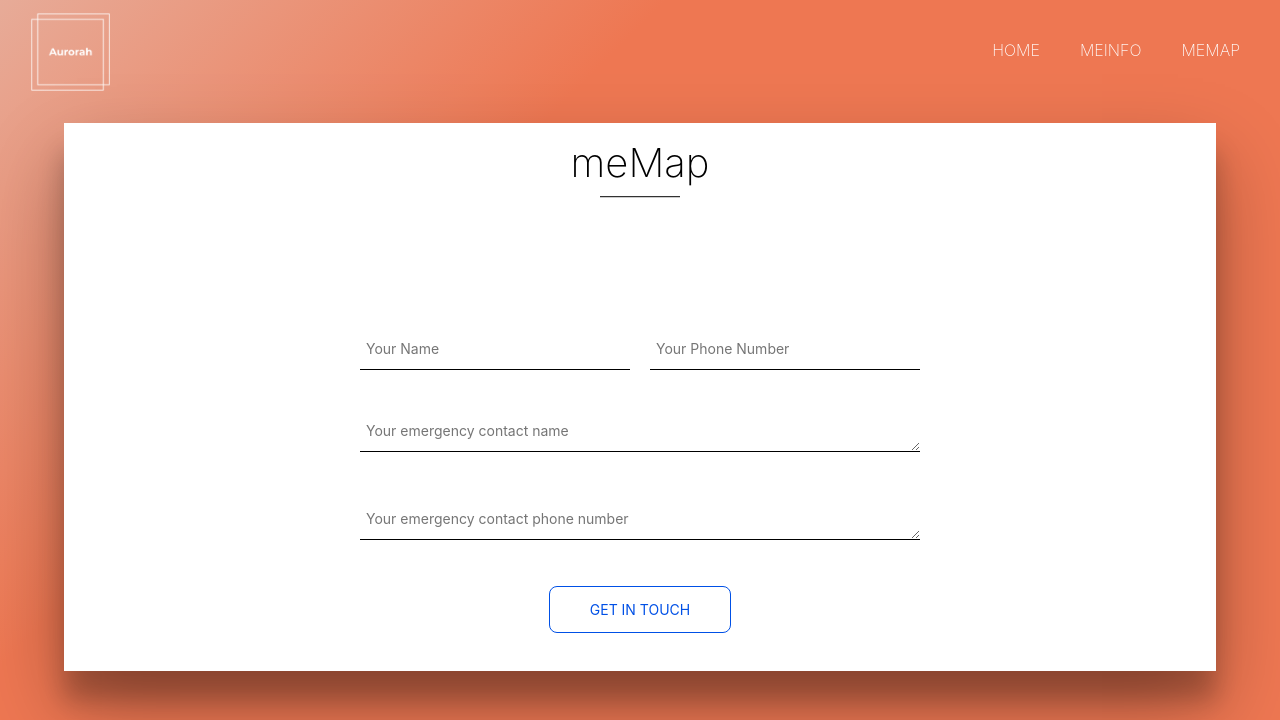
Repository: aasirvalji/saferMe
Page: /alt
These files come from the project's save history. The page is drawn as it stood at one moment and after the next save; the edit follows.
The browser window is 1280 px wide. The pictures show the whole page.
An inner scrolling area shows only its first screen. The project was rebuilt for these pictures with package versions that can differ from the ones it lists, and the page was loaded fresh each time. Also part of the build but not shown: src/components/Landing.js, src/styles/Services.css, src/components/Services.js, src/styles/MapDisplay.css, src/mapStyles.js, src/components/MapDisplay.js, src/styles/AboutDisplay.css, src/components/AboutDisplay.js and 1 more.

Above is the page before, as saved 2020-02-15 11:59:31.

After the next save:
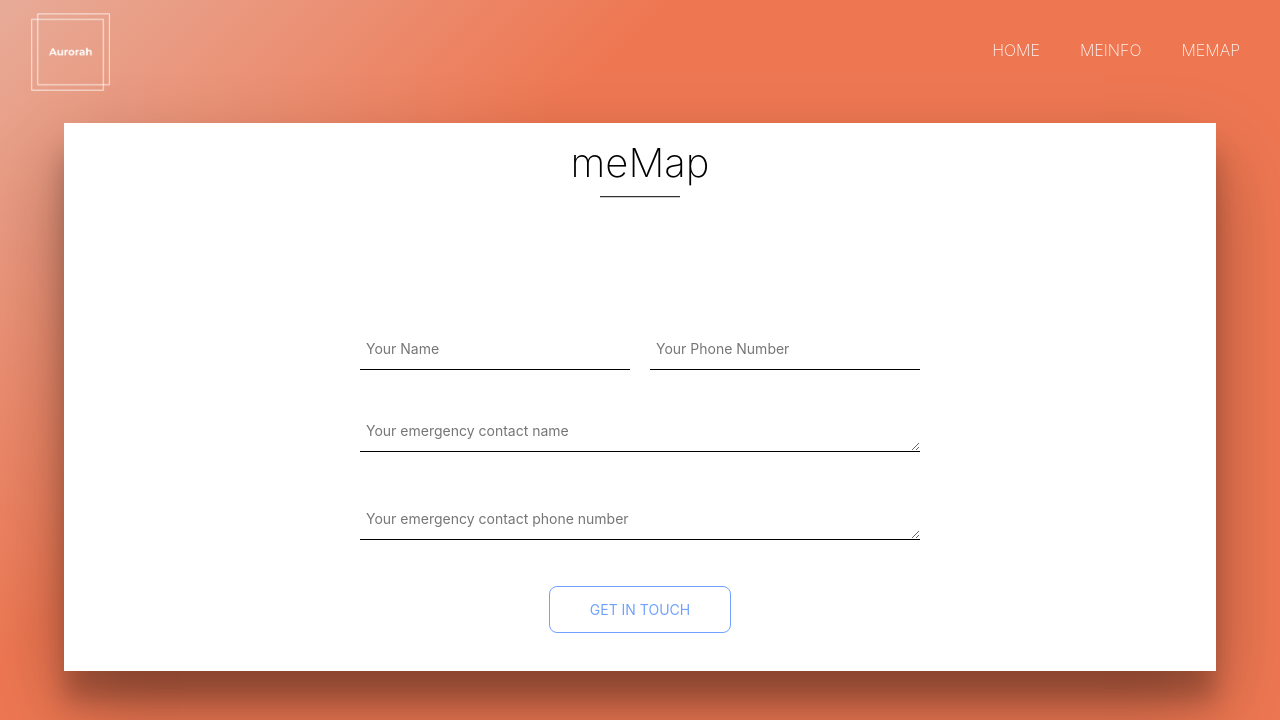
Saved 32 s later.
--- a/src/styles/AltDisplay.css
+++ b/src/styles/AltDisplay.css
@@ -172,8 +172,8 @@
 
   .contact-section button{
     background: none;
-    color: #0050e6;
-    border: 1px solid #0050e6;
+    color: #70a1ff;
+    border: 1px solid #70a1ff;
     padding: 12px 40px;
     border-radius: 8px;
     text-transform: uppercase;
@@ -183,7 +183,7 @@
   }
 
   .contact-section button:hover{
-    background: #0050e6;
+    background: #70a1ff;
     color: #fff;
   }
 
